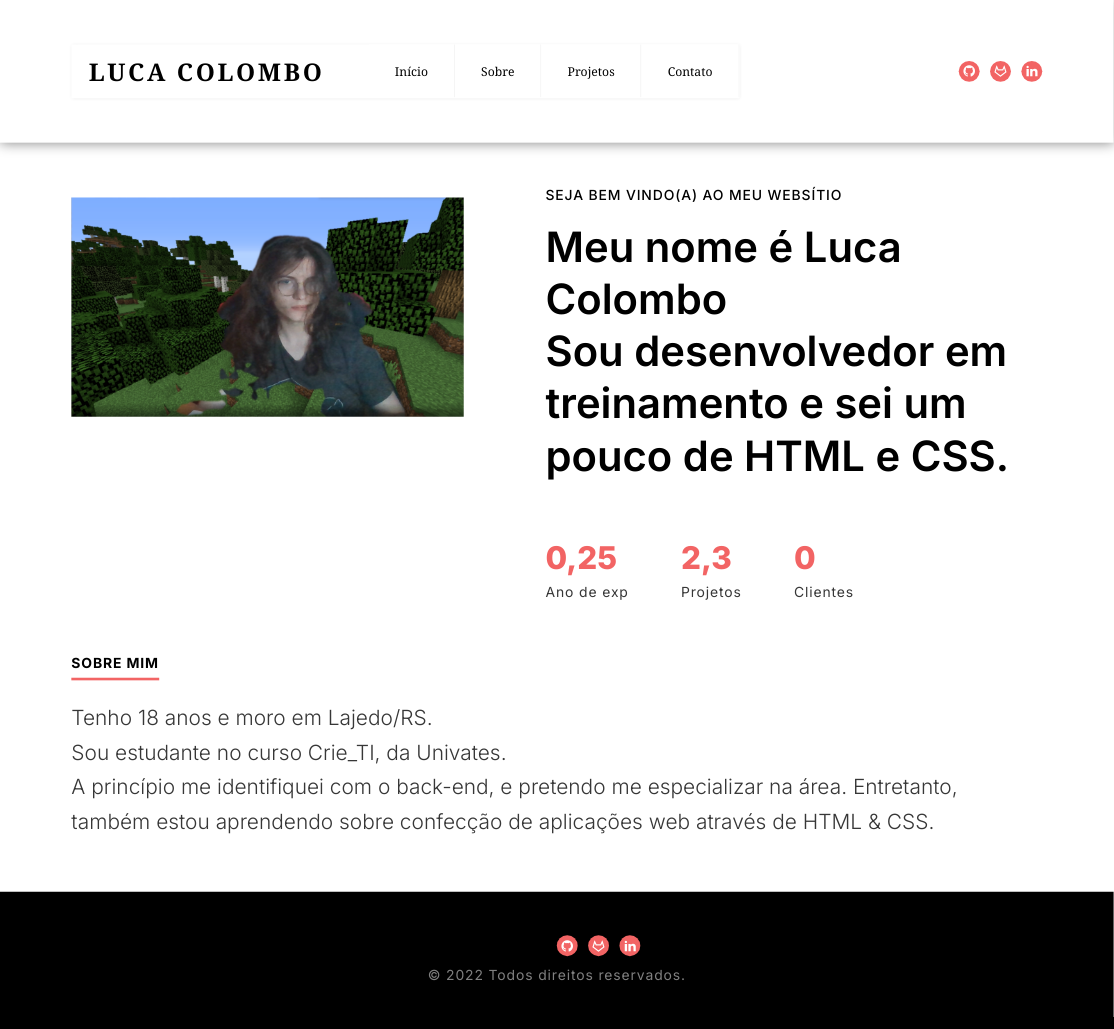
Repository: lxcxcxlxmb/portfolio
Page: index.html
The author's editor kept a copy of each file at every save. The page is drawn from the files as they stood at one save, then again after the next save.
The browser window is 1280 px wide. The pictures show the whole page, at 87% of full size.

Above is the page before, as saved 2022-05-25 14:23:32.

### index.html
<!doctype html>
<html lang="pt-BR">

<head>
  <!-- Required meta tags -->
  <meta charset="utf-8">
  <meta name="viewport" content="width=device-width, initial-scale=1">
  <!-- Google Fots -->
  <link rel="preconnect" href="https://fonts.googleapis.com">
  <link rel="preconnect" href="https://fonts.gstatic.com" crossorigin>
  <link href="https://fonts.googleapis.com/css2?family=Inter:wght@100;200;300;400;500;600;700;800;900&display=swap"
    rel="stylesheet">
  <!-- Remixicon Icon -->
  <link href="https://cdn.jsdelivr.net/npm/remixicon@2.5.0/fonts/remixicon.css" rel="stylesheet">
  <!-- Remixicon Icon -->
  <!-- Bootstrap CSS -->
  <link href="https://cdn.jsdelivr.net/npm/bootstrap@5.0.2/dist/css/bootstrap.min.css" rel="stylesheet"
    integrity="sha384-EVSTQN3/azprG1Anm3QDgpJLIm9Nao0Yz1ztcQTwFspd3yD65VohhpuuCOmLASjC" crossorigin="anonymous">
  <link href="https://unpkg.com/aos@2.3.1/dist/aos.css" rel="stylesheet">
  <!-- Main CSS -->
  <link href="styles.css" rel="stylesheet">
  <link rel="stylesheet" href="reset.css">


  <title>portfolio</title>
</head>

<body>

  <!-- header -->
  <header class="ds-header" id="site-header">
    <div class="container">
      <div class="ds-header-inner">
        <!-- logo -->
        <a href="index.html" class="ds-logo">
          <span>L</span>Luca Colombo
        </a>
        <div class="header">
          <a href="index.html" class="logo">Luca Colombo</a>
          <input class="menu-btn" type="checkbox" id="menu-btn" />
          <label class="menu-icon" for="menu-btn"><span class="navicon"></span></label>
          <ul class="menu">
            <li><a href="index.html">Início</a></li>
            <li><a href="sobre.html">Sobre</a></li>
            <li><a href="projetos.html">Projetos</a></li>
            <li><a href="contato.html">Contato</a></li>
          </ul>
        </div>
        <!-- social -->
        <ul class="ds-social">
          <li><a href="https://github.com/lxcxcxlxmb" target="_blank"><i class="ri-github-fill"></i></a></li>
          <li><a href="https://gitlab.com/lxcxcxlxmbx" target="_blank"><i class="ri-gitlab-line"></i></a></li>
          <li><a href="https://www.linkedin.com/in/luca--colombo/" target="_blank"><i class="ri-linkedin-fill"></i></a>
          </li>
        </ul>
              <!-- social -->
      </div>
    </div>
  </header>
  <!-- header -->
  <!-- banner -->
  <div class="ds-banner">
    <div class="container">
      <div class="row">
        <div class="col-12 col-sm-12 col-md-5 col-lg-5 col-xl-5 col-xxl-5">
          <figure>
            <br>
            <br>
            <br>
            <img src="eu.png">
          </figure>
        </div>
        <div class="col-12 col-sm-12 col-md-7 col-lg-7 col-xl-7 col-xxl-7">
          <section>
            <h1>
              <span>SEJA BEM VINDO(A) AO MEU WEBSÍTIO</span>
              Meu nome é Luca Colombo <br> Sou desenvolvedor em treinamento e sei um pouco de HTML e CSS.
            </h1>
            <ul class="ds-numbervalulist">
              <li>
                <strong>0,25</strong>
                <span>Ano de exp</span>
              </li>
              <li>
                <strong>2,3</strong>
                <span>Projetos</span>
              </li>
              <li>
                <strong>0</strong>
                <span>Clientes</span>
              </li>
            </ul>
          </section>
        </div>
      </div>
    </div>
  </div>
  <!-- banner -->

  <!-- about -->
  <div class="ds-about-section">
    <div class="container">
      <section>
        <h2 class="ds-heading">Sobre mim</h2>
        <p>Tenho 18 anos e moro em Lajedo/RS.<br> Sou estudante no curso Crie_TI, da Univates.<br> A princípio me identifiquei com o back-end, e pretendo me especializar na área. Entretanto, também estou aprendendo sobre confecção de aplicações web através de HTML & CSS.</p>
      </section>
    </div>
  </div>
  <!-- about -->
  <!--  footer -->
  <footer class="ds-footer text-center">
    <div class="container">
      <section>

        <ul class="ds-social">
          <li><a href="https://github.com/lxcxcxlxmb" target="_blank"><i class="ri-github-fill"></i></a></li>
          <li><a href="https://gitlab.com/lxcxcxlxmbx" target="_blank"><i class="ri-gitlab-line"></i></a></li>
          <li><a href="https://www.linkedin.com/in/luca--colombo/" target="_blank"><i class="ri-linkedin-fill"></i></a>
          </li>
        </ul>
      </section>
      <span class="ds-copyright">© 2022 Todos direitos reservados.</span>
    </div>
  </footer>

</body>

</html>

### styles.css
/*
Theme Name: Jason Stroff

  1. >>> Headr Style
  2. >>> Banner Style
  3. >>> About Style
  4. >>> Skills Style
  5. >>> Experience Style
  6. >>> Work Style
  7. >>> Footer Style

*/
/*--------------------------------------------------------------
>>> TABLE OF CONTENTS:
----------------------------------------------------------------*/
html {
	font-family: 'Inter', sans-serif;
	background-color: #FFF
}

body {
	font-family: 'Inter', sans-serif;
	overflow-x: hidden;
	background-color: #FFF;
	font-weight: 400;
	font-style: normal;
	color: #373737;
	font-size: 14px
}

a,
a:hover,
a:focus,
i,
input,
button,
input:focus,
.transition {
	text-decoration: none;
	outline: none;
	transition-delay: 0s;
	transition-duration: 0.4s;
	transition-property: all;
	transition-timing-function: ease;
	box-shadow: none;
}

a {
	color: #000
}

iframe {
	border: 0;
	outline: none;
}

::-moz-selection {
	background: #000;
	text-shadow: none;
	color: #FFF
}

::selection {
	background: #000;
	text-shadow: none;
	color: #FFF
}

img {
	max-width: 100%;
	border: none;
	outline: none;
	height: auto;
}

input,
textarea {
	border-radius: 0;
	resize: none;
}

ul {
	padding: 0;
	margin: 0;
}

@font-face {
	font-family: 'Inter', sans-serif;
}

input:-webkit-autofill,
textarea:-webkit-autofill,
select:-webkit-autofill {
	background-color: transparent;
	background-image: none;
	color: #000;
}

/* 1.2 Typography */
h1,
h2,
h3,
h4,
h5,
h6 {
	font-family: 'Inter', sans-serif;
}

figure {
	margin: 0
}

svg,
img {
	max-width: 100%;
	height: auto;
}

/*-----------------------------------------------------------------
  1. >>> Headr Style
----------------------------------------------------------------*/
.ds-header {
	position: relative;
	top: 0;
	width: 100%;
	z-index: 5;
	background-color: #FFF;
	padding: 70px 0;
	transition-delay: 0s;
	transition-duration: 0.4s;
	transition-property: all;
	transition-timing-function: ease;
	box-shadow: 0 0 1em #858585;
	display: flex;
	align-items: center;
	justify-content: space-between;
}

.ds-header.ds-fixed-header {
	padding: 20px 0;
	box-shadow: 0px 0px 20px rgba(0, 0, 0, 0.25);
}

.ds-header-inner {
	display: flex;
	justify-content: space-between;
	align-items: center;
}

.logo {
	font-family:Georgia, 'Times New Roman', Times, serif;
	text-transform: uppercase;
	font-weight: bold;
	font-size: 18px;
	letter-spacing: 3px;
	color: #000;
	display: flex;
	align-items: center;
	flex-wrap: nowrap;
}

.logo span {
	display: flex;
	align-items: center;
	justify-content: center;
	width: 40px;
	height: 40px;
	background-color: #000;
	border-radius: 4px;
	color: #FFF;
	font-size: 22px;
	font-weight: 600;
	text-align: center;
}

.logo:hover {
	color: #F26464;
}

.ds-social {
	list-style: none;
	display: flex;
	align-items: center;
	flex-wrap: wrap;
}

.ds-social li {
	margin-left: 12px;
}

.ds-social li:first-child {
	margin-left: 0;
}

.ds-social li a {
	border-radius: 100%;
	color: #FFF;
	width: 24px;
	height: 24px;
	background-color: #F26464;
	display: flex;
	justify-content: center;
	align-items: center;
	text-align: center;
	font-size: 16px;
}

.ds-social li a:hover {
	background-color: #000;
	color: #FFF;
}

/*.ds-navbar {
	display: inline-block;
	color: #373737;
	font-size: 16px;
	padding: 10px 20px;
	background-color: #FFF;
	margin-right: 15px;
	margin-bottom: 15px;
	margin-top: 15px;
	font-weight: 500;
}*/

.activ {
	color: #fff;
	background-color: #FF0077;
}

.inactiv {
	color: #494949;
}

.inactiv:hover {
	color: #FF0077;
}

.header {
	background-color: #fff;
	box-shadow: 1px 1px 4px 0 rgba(0,0,0,.1);
	position: absolute;
	align-items: center;
	vertical-align: middle;
	width: 60%;
	z-index: 3;
  }

  .header ul {
	margin: 0;
	padding: 0;
	font-family:Georgia, 'Times New Roman', Times, serif;
	list-style: none;
	overflow: hidden;
	background-color: #fff;
  }

  .header li a {
	display: block;
	padding: 20px 20px;
	border-right: 1px solid #f4f4f4;
	text-decoration: none;
  }

  .header li a:hover,
  .header .menu-btn:hover {
	background-color: #f4f4f4;
	color: #F26464;
  }

  .header .logo {
	display: block;
	float: left;
	font-size: 2em;
	padding: 10px 20px;
	text-decoration: none;
  }

  /* menu */

  .header .menu {
	clear: both;
	max-height: 0;
	transition: max-height .2s ease-out;
  }

  /* menu icon */

  .header .menu-icon {
	cursor: pointer;
	display: inline-block;
	float: right;
	padding: 28px 20px;
	position: relative;
	user-select: none;
  }

  .header .menu-icon .navicon {
	background: #333;
	display: block;
	height: 2px;
	position: relative;
	transition: background .2s ease-out;
	width: 18px;
  }

  .header .menu-icon .navicon:before,
  .header .menu-icon .navicon:after {
	background: #333;
	content: '';
	display: block;
	height: 100%;
	position: absolute;
	transition: all .2s ease-out;
	width: 100%;
  }

  .header .menu-icon .navicon:before {
	top: 5px;
  }

  .header .menu-icon .navicon:after {
	top: -5px;
  }

  /* menu btn */

  .header .menu-btn {
	display: none;
  }

  .header .menu-btn:checked ~ .menu {
	max-height: 240px;
  }

  .header .menu-btn:checked ~ .menu-icon .navicon {
	background: transparent;
  }

  .header .menu-btn:checked ~ .menu-icon .navicon:before {
	transform: rotate(-45deg);
  }

  .header .menu-btn:checked ~ .menu-icon .navicon:after {
	transform: rotate(45deg);
  }

  .header .menu-btn:checked ~ .menu-icon:not(.steps) .navicon:before,
  .header .menu-btn:checked ~ .menu-icon:not(.steps) .navicon:after {
	top: 0;
  }

  /* 48em = 768px */

  @media (min-width: 48em) {
	.header li {
	  float: left;
	}
	.header li a {
	  padding: 20px 30px;
	}
	.header .menu {
	  clear: none;
	  float: right;
	  max-height: none;
	}
	.header .menu-icon {
	  display: none;
	}
  }

/*-----------------------------------------------------------------
  2. >>> Banner Style
----------------------------------------------------------------*/
.ds-banner section {
	padding-left: 70px;
	padding-right: 00px;
}

.ds-banner section h1 span {
	display: block;
	text-transform: uppercase;
	letter-spacing: 1px;
	font-weight: 500;
	font-size: 16px;
	padding-top: 30px;
}

.ds-banner section h1 {
	font-weight: 600;
	font-size: 48px;
	line-height: 60px;
	color: #000;
}

.ds-numbervalulist {
	list-style: none;
	display: flex;
	align-items: center;
	flex-wrap: wrap;
	margin: 0;
	padding: 0;
	margin-top: 60px;
}

.ds-numbervalulist li {
	margin-right: 60px;
}

.ds-numbervalulist li:last-child {
	margin-right: 0;
}

.ds-numbervalulist strong {
	display: block;
	color: #F26464;
	font-size: 36px;
	font-weight: 800;
}

.ds-numbervalulist span {
	font-size: 16px;
	letter-spacing: 1px;
}

/*-----------------------------------------------------------------
  3. >>> About Style
----------------------------------------------------------------*/
.ds-about-section {
	padding-top: 60px;
	padding-bottom: 0px;
}

.ds-heading {
	display: inline-block;
	font-weight: 700;
	color: #000;
	text-transform: uppercase;
	letter-spacing: 1px;
	font-size: 16px;
	border-bottom: 3px solid #F26464;
	padding-bottom: 7px;
	margin-bottom: 23px;
}

.ds-about-section p {
	color: #373737;
	font-size: 24px;
	line-height: 40px;
	font-weight: 300;
	margin-bottom: 60px;
}

.ds-button {
	display: inline-block;
	text-transform: uppercase;
	font-size: 12px;
	line-height: 13px;
	font-weight: 600;
	letter-spacing: 3px;
	color: #F26464;
	padding: 17px 30px;
	border: 2px solid #F26464;
	border-radius: 60px;
}

.ds-button:hover {
	background-color: #F26464;
	color: #FFF;
}

.ds-arrow-button i {
	display: inline-block;
	vertical-align: middle;
}

/*-----------------------------------------------------------------
  4. >>> Skills Style
----------------------------------------------------------------*/
.ds-skills-section {
	padding-bottom: 105px;
}

.ds-skills-list {
	list-style: none;
	padding: 0;
	margin: 0;
	display: flex;
	flex-wrap: wrap;
	align-items: center;
	margin-top: 11px;
}

.ds-skills-list li {
	display: inline-block;
	color: #373737;
	font-size: 16px;
	padding: 10px 20px;
	background-color: #FFF;
	border: 1px solid #D7D7D7;
	border-radius: 27px;
	margin-right: 15px;
	margin-bottom: 15px;
	font-weight: 500;
}

/*-----------------------------------------------------------------
  5. >>> Experience Style
----------------------------------------------------------------*/
.ds-experience-section {
	padding-bottom: 120px;
}

.ds-experience-list section {
	padding-right: 70px;
}

.ds-experience-list {
	padding-top: 15px;
}

.ds-officename {
	font-size: 24px;
	font-weight: 300;
	margin-bottom: 10px;
}

.ds-experience-list span {
	display: block;
}

span.ds-year {
	color: #373737;
	font-size: 14px;
	font-weight: 700;
	padding-bottom: 10px;
}

span.ds-department {
	color: #373737;
	font-weight: 500;
	font-size: 18px;
	padding-bottom: 30px;
}

.ds-experience-list p {
	font-size: 16px;
	line-height: 24px;
	font-weight: 300;
}

.ds-experience-list ul {
	list-style: none;
	padding: 0;
	margin: 0;
	padding-top: 10px;
}

.ds-experience-list ul li {
	font-size: 16px;
	line-height: 24px;
	font-weight: 300;
	padding-left: 28px;
	position: relative;
	margin-bottom: 20px;
}

.ds-experience-list ul li:before {
	content: "";
	position: absolute;
	left: 0;
	top: 10px;
	border-radius: 100%;
	width: 8px;
	height: 8px;
	background-color: #373737;
}

/*-----------------------------------------------------------------
  6. >>> Work Style
----------------------------------------------------------------*/
.ds-work-section {
	padding-bottom: 80px;
}

.ds-work-list {
	padding-left: 70px;
	padding-top: 40px;
	padding-right: 70px;
	background-color: #F6F8FA;
	margin-bottom: 40px;
}

.ds-work-list section {
	padding-top: 20px;
	padding-right: 120px;
}

.ds-work-tilte {
	color: #000;
	font-size: 30px;
	line-height: 36px;
	font-weight: 600;
	margin-bottom: 30px;
}

.ds-work-list p {
	font-weight: 300;
	font-size: 18px;
	line-height: 30px;
}

.ds-work-list .ds-button {
	margin-top: 20px;
}

.ds-work-det-hed {
	padding-top: 42px;
	padding-bottom: 80px;
}

.ds-work-det-title {
	font-weight: 600;
	color: #000;
	font-size: 48px;
	margin-bottom: 20px;
}

.ds-work-det-dep {
	display: block;
	font-weight: 600;
	color: #000;
	font-size: 18px;
}

.ds-work-content-sec {
	padding: 100px 0;
}

.ds-work-content-sec p {
	font-size: 18px;
	line-height: 36px;
	margin-bottom: 30px;
}

.ds-work-content-sec h2 {
	font-size: 30px;
	font-weight: 700;
	margin-bottom: 30px;
}

.ds-work-content-sec ul {
	list-style: none;
	padding: 0;
	margin: 0;
}

.ds-work-content-sec li {
	font-size: 18px;
	line-height: 36px;
	padding-left: 28px;
	position: relative;
	margin-bottom: 20px;
}

.ds-work-content-sec li:before {
	content: "";
	position: absolute;
	left: 0;
	top: 13px;
	border-radius: 100%;
	width: 8px;
	height: 8px;
	background-color: #373737;
}

/*-----------------------------------------------------------------
  7. >>> Footer Style
----------------------------------------------------------------*/
.ds-footer {
	background-color: #000;
	padding: 50px 0;
}

.ds-footer section {
	padding-bottom: 10px;
}

.ds-footer section span {
	color: rgba(255, 255, 255, 0.5);
	text-transform: uppercase;
	font-weight: 700;
	font-size: 16px;
	letter-spacing: 1px;
	display: block;
	padding-bottom: 20px;
}

.ds-footer section h4 {
	color: #FFF;
	font-size: 48px;
	font-weight: 700;
}

.ds-footer section p {
	letter-spacing: 1.13px;
	color: #FFF;
	font-size: 18px;
	margin-bottom: 40px;
}

.ds-footer ul {
	margin-left: 50%;
}

.ds-copyright {
	color: rgba(255, 255, 255, 0.5);
	letter-spacing: 1px;
	font-size: 16px;
}

.ds-copyright a {
	color: rgba(255, 255, 255, 0.5);
}

.ds-copyright a:hover {
	color: #F26464;
}



/*-------------------------------------------------------------------------------
 Responsive XS Style @media (max-width: 767px)
-------------------------------------------------------------------------------*/
@media (max-width: 768px) {

	.ds-header,
	.ds-header.ds-fixed-header {
		padding: 15px 0;
	}

	.ds-banner,
	.ds-about-section,
	.ds-skills-section,
	.ds-experience-section,
	.ds-work-section,
	.ds-work-details-section {
		padding-left: 10px;
		padding-right: 10px;
	}

	/*.ds-logo {
		font-size: 0;
	}*/

	.ds-banner figure {
		padding: 30px 0;
	}

	.ds-banner section {
		padding-left: 0;
		padding-right: 0;
	}

	.ds-banner section h1 span {
		padding-bottom: 0;
	}

	.ds-banner section h1,
	.ds-work-det-title {
		font-size: 30px;
		line-height: 40px;
	}

	.ds-numbervalulist {
		margin-top: 20px;
	}

	.ds-numbervalulist li {
		margin-right: 30px;
	}

	.ds-numbervalulist strong {
		font-size: 30px;
	}

	.ds-numbervalulist span {
		font-size: 14px;
	}

	.ds-about-section {
		padding-bottom: 60px;
	}

	.ds-about-section p,
	.ds-work-content-sec p,
	.ds-work-content-sec li {
		font-size: 15px;
		line-height: 30px;
		margin-bottom: 0px;
	}

	.ds-skills-list li {
		margin-right: 10px;
		margin-bottom: 10px;
		font-size: 14px;
	}

	.ds-skills-section .col-12,
	.ds-experience-list .col-12 {
		margin-bottom: 40px;
	}

	.ds-skills-section,
	.ds-work-section,
	.ds-experience-section {
		padding-bottom: 0;
	}

	.ds-experience-list section {
		padding-right: 0;
	}

	.ds-work-list {
		padding: 30px;
	}

	.ds-work-list p {
		font-size: 15px;
		line-height: 30px;
	}

	.ds-footer {
		padding: 60px 10px;
	}

	.ds-footer section h4 {
		font-size: 40px;
	}

	.ds-copyright {
		font-size: 14px;
	}

	.ds-footer section {
		padding-bottom: 30px;
	}

	.ds-button {
		padding: 11px 10px;
	}

	.ds-work-details-section {
		padding-top: 30px;
	}

	.ds-work-det-title {
		margin-bottom: 7px;
	}

	.ds-work-content-sec h2 {
		font-size: 20px;
	}

	.ds-work-content-sec {
		padding: 30px 0;
	}

	.ds-work-list section {
		padding-right: 0;
		padding-bottom: 30px;
	}
}


@media (min-width: 768px) and (max-width: 991px) {
	.ds-work-list section {
		padding-right: 30px;
	}

}

@media (min-width: 992px) and (max-width: 1199px) {
	.ds-banner section {
		padding-right: 0;
	}

	.ds-work-list section {
		padding-right: 30px;
		padding-bottom: 60px;
	}


}

### reset.css
/*
html, body, div, span, applet, object, iframe,
h1, h2, h3, h4, h5, h6, p, blockquote, pre,
a, abbr, acronym, address, big, cite, code,
del, dfn, em, img, ins, kbd, q, s, samp,
small, strike, strong, sub, sup, tt, var,
b, u, i, center,
dl, dt, dd, ol, ul, li,
fieldset, form, label, legend,
table, caption, tbody, tfoot, thead, tr, th, td,
article, aside, canvas, details, embed,
figure, figcaption, footer, header, hgroup,
menu, nav, output, ruby, section, summary,
time, mark, audio, video {
	margin: 0;
	padding: 0;
	border: 0;
	font-size: 100%;
	font: inherit;
	vertical-align: baseline;
}
/* HTML5 display-role reset for older browsers */
/*
article, aside, details, figcaption, figure,
footer, header, hgroup, menu, nav, section {
	display: block;
}
body {
	line-height: 1;
}
ol, ul {
	list-style: none;
}
blockquote, q {
	quotes: none;
}
blockquote:before, blockquote:after,
q:before, q:after {
	content: '';
	content: none;
}
table {
	border-collapse: collapse;
	border-spacing: 0;
}*/

After the next save:
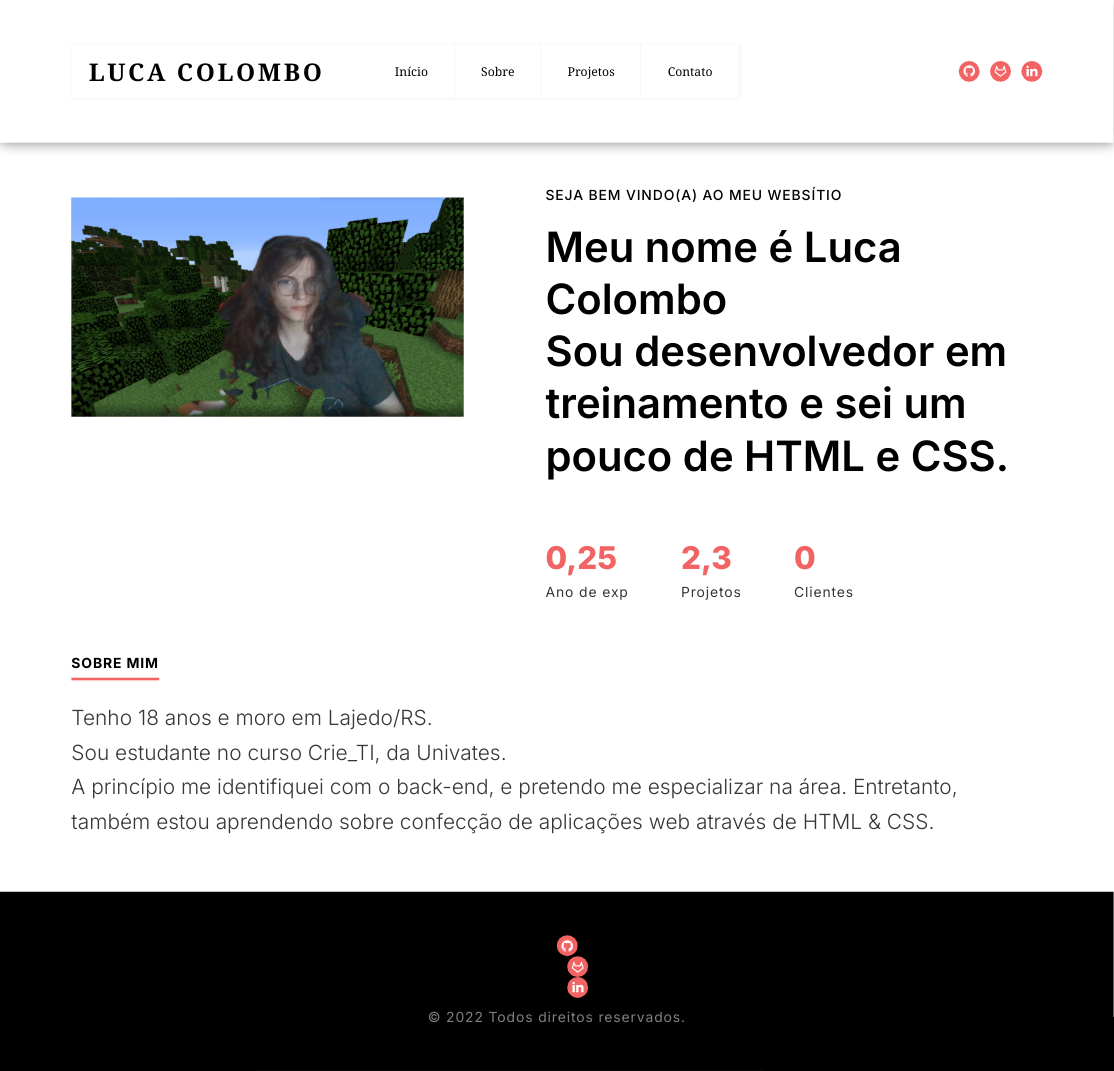
Saved 94 s later.
--- a/styles.css
+++ b/styles.css
@@ -710,6 +710,7 @@ span.ds-department {
 
 .ds-footer ul {
 	margin-left: 50%;
+	margin-right: 50%;
 }
 
 .ds-copyright {
